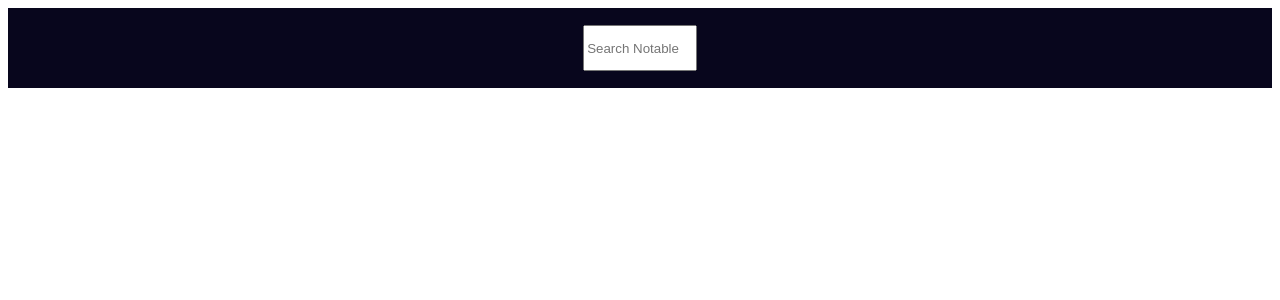
Repository: cvsschaitanya/test
Page: /
The author's editor kept a copy of each file at every save. The page is drawn from the files as they stood at one save, then again after the next save.
The browser window is 1280 px wide. The pictures show the whole page.
The project was rebuilt for these pictures with package versions that can differ from the ones it lists, and the page was loaded fresh each time.

Above is the page before, as saved 2021-10-21 01:26:08.

After the next save:
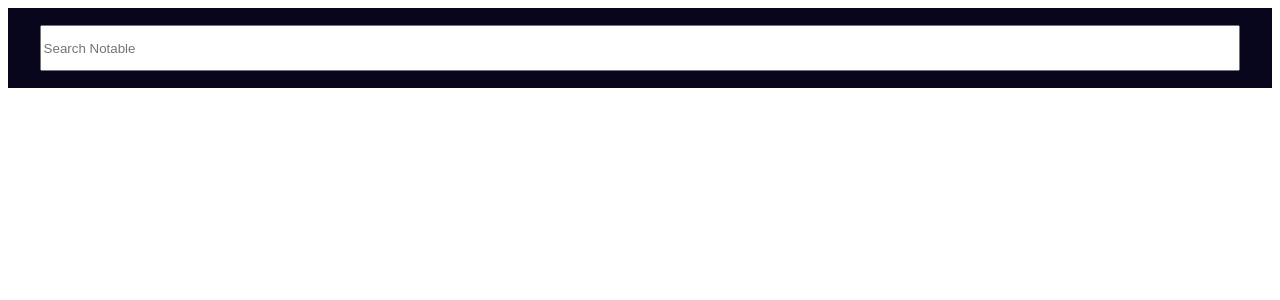
Saved 4 s later.
--- a/src/components/NavBar.css
+++ b/src/components/NavBar.css
@@ -17,7 +17,7 @@ button:hover {
 
 .NavBar .SearchBar {
 	margin: auto;
-	width: 9%;
+	width: 95%;
 	height: 50%;
 	display: flex;
 	justify-content: center;
